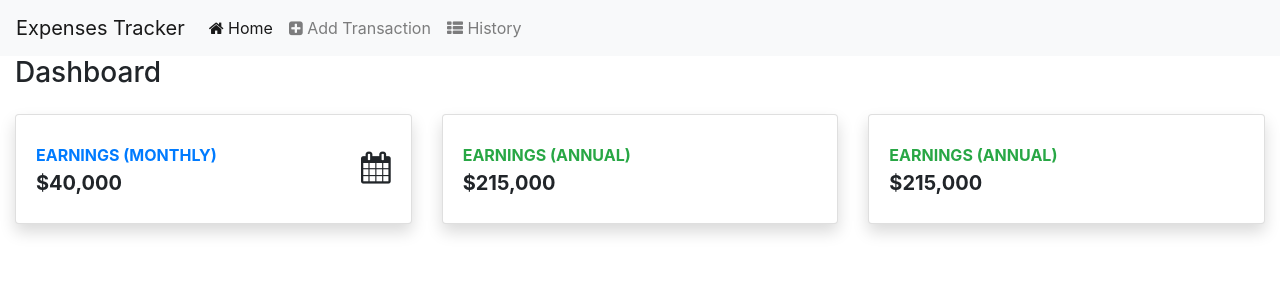
Repository: yucheng91/CI3-expenses-manager
Page: http://localhost/home
The author's editor kept a record of every edit. The page is drawn from the files as they stood at one moment, then again after the next edit.
The browser window is 1280 px wide. The pictures show the whole page.
The page is served by the project's application, run on Flask 3 (app.py). The database holds what the project's SQL file puts in it.

Above is the page before.

### templates/index.html
<!doctype html>
<html lang="en">

<head>
    <!-- Required meta tags -->
    <meta charset="utf-8">
    <meta name="viewport" content="width=device-width, initial-scale=1, shrink-to-fit=no">

    <!-- Bootstrap CSS -->
    <link rel="stylesheet" href="https://cdnjs.cloudflare.com/ajax/libs/font-awesome/4.7.0/css/font-awesome.css">
    <link rel="stylesheet" href="https://stackpath.bootstrapcdn.com/bootstrap/4.3.1/css/bootstrap.min.css" integrity="sha384-ggOyR0iXCbMQv3Xipma34MD+dH/1fQ784/j6cY/iJTQUOhcWr7x9JvoRxT2MZw1T" crossorigin="anonymous">
    <link rel="stylesheet" href="{{ url_for('static', filename='css/style.css') }}">

    <title>Hello, world!</title>
</head>

<body>
    <!--nav bar-->
    <nav class="navbar navbar-expand-sm navbar-light bg-light fixed-top">
  <a class="navbar-brand" href="#">Expenses Tracker</a>
  <button class="navbar-toggler" type="button" data-toggle="collapse" data-target="#navbarNav" aria-controls="navbarNav" aria-expanded="false" aria-label="Toggle navigation">
    <span class="navbar-toggler-icon"></span>
  </button>
  <div class="collapse navbar-collapse" id="navbarNav">
    <ul class="navbar-nav">
      <li class="nav-item active">
        <a class="nav-link" href="{{ url_for('home') }}"><i class="fa fa-home" aria-hidden="true"></i> Home</a>
      </li>
      <li class="nav-item">
        <a class="nav-link" href="{{ url_for('addtransaction') }}"><i class="fa fa-plus-square" aria-hidden="true"></i> Add Transaction</a>
      </li>
      <li class="nav-item">
        <a class="nav-link" href="{{ url_for('viewall') }}"><i class="fa fa-th-list" aria-hidden="true"></i> History</a>
      </li>
    </ul>
  </div>
    </nav>
    <!--end nav-->

<div id="content">
          <!-- Begin Page Content -->
        <div class="container-fluid">

          <!-- Page Heading -->
          <div class="d-sm-flex align-items-center justify-content-between mb-4">
            <h1 class="h3 mb-0 text-gray-800">Dashboard</h1>
          </div>

          <!-- Content Row -->
          <div class="row">

            <!-- Earnings (Monthly) Card Example -->
            <div class="col-xl-4 col-md-6 mb-4">
              <div class="card border-left-primary shadow h-100 py-2">
                <div class="card-body">
                  <div class="row no-gutters align-items-center">
                    <div class="col mr-2">
                      <div class="text-xs font-weight-bold text-primary text-uppercase mb-1">Earnings (Monthly)</div>
                      <div class="h5 mb-0 font-weight-bold text-gray-800">$40,000</div>
                    </div>
                    <div class="col-auto">
                      <i class="fa fa-calendar fa-2x text-gray-300"></i>
                    </div>
                  </div>
                </div>
              </div>
            </div>

            <!-- Earnings (Monthly) Card Example -->
            <div class="col-xl-4 col-md-6 mb-4">
              <div class="card border-left-success shadow h-100 py-2">
                <div class="card-body">
                  <div class="row no-gutters align-items-center">
                    <div class="col mr-2">
                      <div class="text-xs font-weight-bold text-success text-uppercase mb-1">Earnings (Annual)</div>
                      <div class="h5 mb-0 font-weight-bold text-gray-800">$215,000</div>
                    </div>
                    <div class="col-auto">
                      <i class="fa fa-dollar-sign fa-2x text-gray-300"></i>
                    </div>
                  </div>
                </div>
              </div>
            </div>

            <!-- Earnings (Monthly) Card Example -->
            <div class="col-xl-4 col-md-6 mb-4">
              <div class="card border-left-success shadow h-100 py-2">
                <div class="card-body">
                  <div class="row no-gutters align-items-center">
                    <div class="col mr-2">
                      <div class="text-xs font-weight-bold text-success text-uppercase mb-1">Earnings (Annual)</div>
                      <div class="h5 mb-0 font-weight-bold text-gray-800">$215,000</div>
                    </div>
                    <div class="col-auto">
                      <i class="fa fa-dollar-sign fa-2x text-gray-300"></i>
                    </div>
                  </div>
                </div>
              </div>
            </div>
        <!-- /.container-fluid -->
</div>

    <script src="https://code.jquery.com/jquery-3.3.1.slim.min.js" integrity="sha384-q8i/X+965DzO0rT7abK41JStQIAqVgRVzpbzo5smXKp4YfRvH+8abtTE1Pi6jizo" crossorigin="anonymous"></script>
    <script src="https://cdnjs.cloudflare.com/ajax/libs/popper.js/1.14.7/umd/popper.min.js" integrity="sha384-UO2eT0CpHqdSJQ6hJty5KVphtPhzWj9WO1clHTMGa3JDZwrnQq4sF86dIHNDz0W1" crossorigin="anonymous"></script>
    <script src="https://stackpath.bootstrapcdn.com/bootstrap/4.3.1/js/bootstrap.min.js" integrity="sha384-JjSmVgyd0p3pXB1rRibZUAYoIIy6OrQ6VrjIEaFf/nJGzIxFDsf4x0xIM+B07jRM" crossorigin="anonymous"></script>
</body>

</html>

### app.py
from flask import Flask, render_template, request, redirect, url_for
import os
import pymysql

connection = pymysql.connect(
    host='localhost', # IP address of the database; localhost means "the local machine"
    user="yucheng91",  #the mysql user
    password="coconuty", #the password for the user
    database="expenses" #the name of database we want to use
)

#if PHP doesn't show, perform $ sudo apt-get install --reinstall libapache2-mod-php7.2

app = Flask(__name__)

@app.route('/home')
def home():
    cursor = connection.cursor(pymysql.cursors.DictCursor)
    sql = "SELECT SUM(debit) AS totaldebit FROM transaction"
    cursor.execute(sql)
    totaldebit = cursor.fetchone()

    sql = "SELECT SUM(credit) AS totalcredit FROM transaction"
    cursor.execute(sql)
    totalcredit = cursor.fetchone()

    sql = "SELECT (SELECT SUM(debit) AS sumdebit FROM transaction) - (SELECT SUM(credit) AS sumcredit FROM transaction) AS balance FROM transaction"
    cursor.execute(sql)
    balance = cursor.fetchone()
    return render_template('index.html',totaldebit = totaldebit, totalcredit = totalcredit,balance=balance)

@app.route('/view-all')
def viewall():
    cursor = connection.cursor(pymysql.cursors.DictCursor)
    sql = "SELECT * FROM transaction JOIN categories ON transaction.categoriesid = categories.id JOIN mode ON transaction.modeid = mode.id JOIN account on transaction.accountid = account.id"
    cursor.execute(sql)
    results = []
    for r in cursor:
         results.append(r)

    sql = "SELECT SUM(debit) AS totaldebit FROM transaction"
    cursor.execute(sql)
    totaldebit = cursor.fetchone()

    sql = "SELECT SUM(credit) AS totalcredit FROM transaction"
    cursor.execute(sql)
    totalcredit = cursor.fetchone()

    sql = "SELECT (SELECT SUM(debit) AS sumdebit FROM transaction) - (SELECT SUM(credit) AS sumcredit FROM transaction) AS balance FROM transaction"
    cursor.execute(sql)
    balance = cursor.fetchone()

    return render_template('transaction_overview.html', data=results,totaldebit = totaldebit, totalcredit = totalcredit,balance=balance)

@app.route('/new-transaction/', methods=["GET"])
def addtransaction():

    cursor = connection.cursor(pymysql.cursors.DictCursor)
    sql = "SELECT * FROM mode"
    # fetch all genres and store it in a list
    cursor.execute(sql)
    mode = []
    for r in cursor:
        mode.append({
            'id' : r['id'],
            'name': r['mname']
        })

    # fetch all media type and store it in a list
    sql = "SELECT * FROM categories"
    cursor.execute(sql)
    categories = []
    for r in cursor:
        categories.append({
            'id':r['id'],
            'name': r['cname']
        })

    # fetch all media type and store it in a list
    sql = "SELECT * FROM account"
    cursor.execute(sql)
    account = []
    for r in cursor:
        account.append({
            'id':r['id'],
            'name': r['aname']
        })

    sql = "SELECT * FROM tag"
    cursor.execute(sql)
    tag = []
    for r in cursor:
        tag.append({
            'id':r['id'],
            'name': r['tname']
        })

    return render_template('new_transaction.html', mode=mode, categories=categories, account=account, tag=tag)

@app.route('/new-transaction/', methods=["POST"])
def process_addtransaction():
    transaction_name = request.form.get("transaction")
    category_name = request.form.get("category")
    mode_name = request.form.get("mode")
    by_name = request.form.get("by")
    debit_name = request.form.get("debit")
    if request.form.get("debit") == "":
        debit_name = "0"

    credit_name = request.form.get("credit")
    if request.form.get("credit") == "":
        credit_name = "0"

    cursor = connection.cursor(pymysql.cursors.DictCursor)

    sql = "INSERT INTO transaction (description,categoriesid,modeid,accountid,debit,credit) VALUE (%s,%s,%s,%s,%s,%s)"
    cursor.execute(sql,[transaction_name,category_name,mode_name,by_name,debit_name,credit_name])

    transactionid = cursor.lastrowid
    tagid = request.form.getlist("tag")
    for t in tagid:
        sql = "INSERT INTO transactiontag (transactionid,tagid) VALUE (%s,%s)"
        cursor.execute(sql,[transactionid,t])

    connection.commit()
    return redirect(url_for('viewall'))

# Edit transaction
@app.route('/view-all/edit/<id>')
def edit_transaction(id):

    cursor = connection.cursor(pymysql.cursors.DictCursor)
    sql = "SELECT * FROM transaction JOIN transactiontag ON transaction.id = transactiontag.transactionid JOIN tag ON transactiontag.tagid = tag.id WHERE transaction.id = {}".format(id)
    cursor.execute(sql)
    transaction = cursor.fetchone()

    sql = "DELETE FROM transactiontag WHERE transactiontag.transactionid = {}".format(id)
    cursor.execute(sql)

    sql = "SELECT * FROM mode"
    cursor.execute(sql)
    mode = []
    for r in cursor:
        mode.append({
            'id' : r['id'],
            'name': r['mname']
        })

    sql = "SELECT * FROM categories"
    cursor.execute(sql)
    categories = []
    for r in cursor:
        categories.append({
            'id':r['id'],
            'name': r['cname']
        })

    sql = "SELECT * FROM account"
    cursor.execute(sql)
    account = []
    for r in cursor:
        account.append({
            'id':r['id'],
            'name': r['aname']
        })

    sql = "SELECT * FROM tag"
    cursor.execute(sql)
    tag = []
    for r in cursor:
        tag.append({
            'id':r['id'],
            'name': r['tname']
        })

    return render_template('edit_transaction.html', transaction = transaction, mode=mode, categories=categories, account=account, tag=tag)

@app.route('/view-all/edit/<id>', methods=['POST'])
def update_transaction(id):
    transaction_name = request.form.get("transaction")
    category_name = request.form.get("category")
    mode_name = request.form.get("mode")
    by_name = request.form.get("by")
    debit_name = request.form.get("debit")
    if request.form.get("debit") == "":
        debit_name = "0"

    credit_name = request.form.get("credit")
    if request.form.get("credit") == "":
        credit_name = "0"

    cursor = connection.cursor(pymysql.cursors.DictCursor)

    cursor.execute("UPDATE transaction SET description = '{}',categoriesid = '{}',modeid = '{}',accountid = '{}',debit = '{}',credit = '{}' WHERE id = {}".format(transaction_name,category_name,mode_name,by_name,debit_name,credit_name,id))

    tagid = request.form.getlist("tag")
    for t in tagid:
        sql = "INSERT INTO transactiontag (transactionid,tagid) VALUE (%s,%s)"
        cursor.execute(sql,[id,t])

    connection.commit()
    return redirect(url_for('viewall'))

@app.route('/view-all/delete/<id>')
def confirm_delete_transaction(id):
    cursor = connection.cursor(pymysql.cursors.DictCursor)
    sql = "SELECT * FROM transaction JOIN categories ON transaction.categoriesid = categories.id JOIN mode ON transaction.modeid = mode.id JOIN account on transaction.accountid = account.id WHERE transaction.id = {}".format(id)
    cursor.execute(sql)
    transaction = cursor.fetchone()

    return render_template('delete_transaction.html', transaction = transaction)

@app.route('/view-all/delete/<id>', methods=['POST'])
def delete_transaction(id):
    cursor = connection.cursor(pymysql.cursors.DictCursor)
    sql = "DELETE FROM transactiontag WHERE transactiontag.transactionid = {}".format(id)
    cursor.execute(sql)

    sql = "DELETE FROM transaction WHERE transaction.id = {}".format(id)
    cursor.execute(sql)

    connection.commit()
    return redirect(url_for('viewall'))

# "magic code" -- boilerplate
if __name__ == '__main__':
    app.run(host=os.environ.get('IP'),
            port=int(os.environ.get('PORT')),
            debug=True)

### static/css/style.css
img {
    width:75%;
    margin-left:auto;
    margin-right:auto;
}

#content {
    padding-top:56px;
}

.btn {
    margin:3px;
}

@media (max-width: 255px){
body {
    font-size:90%;
}
}

@media (max-width: 255px){

#content{
padding-top:96px;
}

body {
    font-size:80%;
}
}

### database.sql (the tables this page reads)
CREATE TABLE `transaction` (
  `id` int(11) NOT NULL AUTO_INCREMENT,
  `description` text CHARACTER SET utf8 NOT NULL,
  `debit` decimal(11,2) DEFAULT '0.00',
  `credit` decimal(11,2) DEFAULT '0.00',
  `createdAt` timestamp NOT NULL DEFAULT CURRENT_TIMESTAMP ON UPDATE CURRENT_TIMESTAMP,
  `accountid` int(11) NOT NULL,
  `categoriesid` int(11) NOT NULL,
  `modeid` int(11) NOT NULL,
  PRIMARY KEY (`id`),
  KEY `accountid` (`accountid`),
  KEY `categoriesid` (`categoriesid`),
  KEY `modeid` (`modeid`),
  CONSTRAINT `transaction_ibfk_1` FOREIGN KEY (`accountid`) REFERENCES `account` (`id`),
  CONSTRAINT `transaction_ibfk_2` FOREIGN KEY (`categoriesid`) REFERENCES `categories` (`id`),
  CONSTRAINT `transaction_ibfk_3` FOREIGN KEY (`modeid`) REFERENCES `mode` (`id`)
) ENGINE=InnoDB AUTO_INCREMENT=19 DEFAULT CHARSET=latin1;

INSERT INTO `transaction` VALUES (1,'Code Institute : Income of the month July 2019',3500.00,0.00,'2019-08-22 07:41:18',1,9,1),(2,'SIM HQ Income of the Month : July 2019',3500.00,0.00,'2019-08-05 04:13:11',2,9,5),(3,'Taxi Taxi',0.00,40.00,'2019-08-23 05:56:58',1,4,3),(13,'Lunch Money for Brother\'s Dew school',0.00,40.00,'2019-08-20 08:15:28',1,3,1),(14,'RWS Day trip',0.00,154.00,'2019-08-20 08:17:02',2,7,3),(15,'New backpack',0.00,0.00,'2019-08-26 07:39:22',1,1,1),(16,'Test tag 1',0.00,10.00,'2019-08-27 06:24:42',1,1,1),(17,'test tag 2',0.00,20.00,'2019-08-27 06:24:58',1,1,1),(18,'test 1 + 2 ',0.00,0.00,'2019-08-27 06:55:37',2,7,3);

After the next edit:
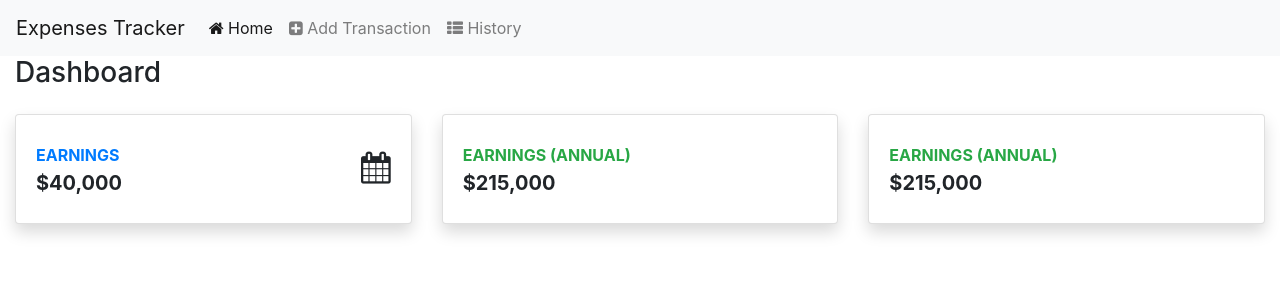
The edit:
--- a/templates/index.html
+++ b/templates/index.html
@@ -55,7 +55,7 @@
                 <div class="card-body">
                   <div class="row no-gutters align-items-center">
                     <div class="col mr-2">
-                      <div class="text-xs font-weight-bold text-primary text-uppercase mb-1">Earnings (Monthly)</div>
+                      <div class="text-xs font-weight-bold text-primary text-uppercase mb-1">Earnings</div>
                       <div class="h5 mb-0 font-weight-bold text-gray-800">$40,000</div>
                     </div>
                     <div class="col-auto">
